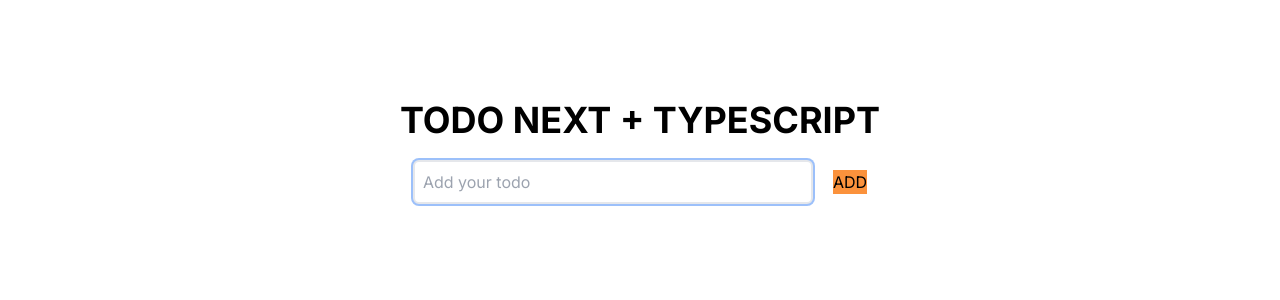
Repository: mehh000/next-ts-todo
Page: /
These files come from the project's save history. The page is drawn as it stood at one moment and after the next save; the edit follows.
The browser window is 1280 px wide. The pictures show the whole page.
The project was rebuilt for these pictures with package versions that can differ from the ones it lists, and the page was loaded fresh each time. The framework's server and built-in components were replaced by stand-ins that run in the browser. Also part of the build but not shown: next.config.mjs.

Above is the page before, as saved 2024-06-15 19:53:17.

### src/app/layout.tsx
import type { Metadata } from "next";
import { Inter } from "next/font/google";
import "./globals.css";
import { TodoProvider } from "./Context/store/add-todos";

const inter = Inter({ subsets: ["latin"] });

export const metadata: Metadata = {
  title: "Create Next App",
  description: "Generated by create next app",
};

export default function RootLayout({
  children,
}: Readonly<{
  children: React.ReactNode;
}>) {
  return (
    <html lang="en">
      <body className={inter.className}>
        <TodoProvider>{children}</TodoProvider>
      </body>
    </html>
  );
}

### src/app/page.tsx
import TODOS from "@/components/TODOS";
import AddTODO from "@/components/add-todo";
import React from "react";

const Page = () => {
  return (
    <main className="flex items-center flex-col mt-[100px] gap-5 " >
      <h2 className=" font-bold text-4xl  ">TODO NEXT + TYPESCRIPT</h2>
      <AddTODO />
      <TODOS />
    </main>
  );
};

export default Page;

### src/app/Context/store/add-todos.tsx
'use client'


import { ReactNode, createContext, useContext, useState } from "react";

export type Todo = {
  id: string;
  task: string;
  completed: boolean;
  createdAt: Date;
};

type TodosContextType = {
  todos: Todo[];
  handleAddTodo: (task: string) => void;
  toggleTodosCompleted: (id: string) => void;
  handleTodoClicke: (id: string) => void;
};

//i made the context now need tp make the Provider
export const todosContext = createContext<TodosContextType | undefined>(
  undefined
);

//this is the  provider

export const TodoProvider = ({children}: { children: ReactNode }) => {
  const [todos, setTodos] = useState<Todo[]>([]);

  const handleAddTodo = (task: string) => {
    const newTodo: Todo = {
      id: Math.random().toString(),
      task,
      completed: false,
      createdAt: new Date(),
    };
    setTodos((prevTodos) => [newTodo, ...prevTodos]);
  };


  const toggleTodosCompleted = (id: string) => {
    setTodos((prevTodos) =>
      prevTodos.map((todo) =>
        todo.id === id ? { ...todo, completed: !todo.completed } : todo
      )
    );
  };

  const handleTodoClicke = (id: string) => {
    setTodos((prevTodos) => prevTodos.filter((todo) => todo.id !== id));
  };

  return (
    <todosContext.Provider value={{
      todos,
     handleAddTodo,
     toggleTodosCompleted,
     handleTodoClicke,
      }}>
      {children}
    </todosContext.Provider>
  );
};
export const useTodoContext = () => useContext(todosContext)

### src/components/TODOS.tsx
"use client";

import React from "react";
import { useTodoContext } from "@/app/Context/store/add-todos";

const TODOS = () => {
  const { todos,toggleTodosCompleted,handleTodoClicke } = useTodoContext();
  const fltertodo = todos;

  return (
    <ul className="">
      {fltertodo.map((todo) => {
        return (
          <li className="" key={todo.id}>
            <input
              type="checkbox"
              name=""
              id={`todo-${todo.id}`}
              checked={todo.completed}
              onChange={() => toggleTodosCompleted(todo.id)}
            />
            <label htmlFor={`todo-${todo.id}`}>{todo.task}</label>
            {todo.completed && (
              <button type="button" onClick={() => handleTodoClicke(todo.id)}>
                Delete
              </button>
            )}
          </li>
        );
      })}
    </ul>
  );
};

export default TODOS;

### src/components/add-todo.tsx
// components/AddTODO.tsx

'use client';

import React, { useState } from "react";
import { useTodoContext } from "@/app/Context/store/add-todos"; // Adjust the path according to your project structure

const AddTODO: React.FC = () => {
  const { handleAddTodo } = useTodoContext();

  const [todo, setTodo] = useState<string>("");

  const handleSubmit = (e: React.FormEvent<HTMLFormElement>) => {
    e.preventDefault();
    handleAddTodo(todo);
    setTodo("");
  };

  return (
    <form onSubmit={handleSubmit} className="flex items-center gap-5">
      <input
        type="text"
        placeholder="Add your todo"
        className=" border-2 text-1xl p-2 ring-2 rounded-md w-[400px]  "
        value={todo}
        onChange={(event) => setTodo(event.target.value)}
      />
      <button type="submit" className=" bg-orange-400 ">
        ADD
      </button>
    </form>
  );
};

export default AddTODO;

Loaded but not shown: src/app/globals.css (common file); tailwind.config.ts (common file)

After the next save:
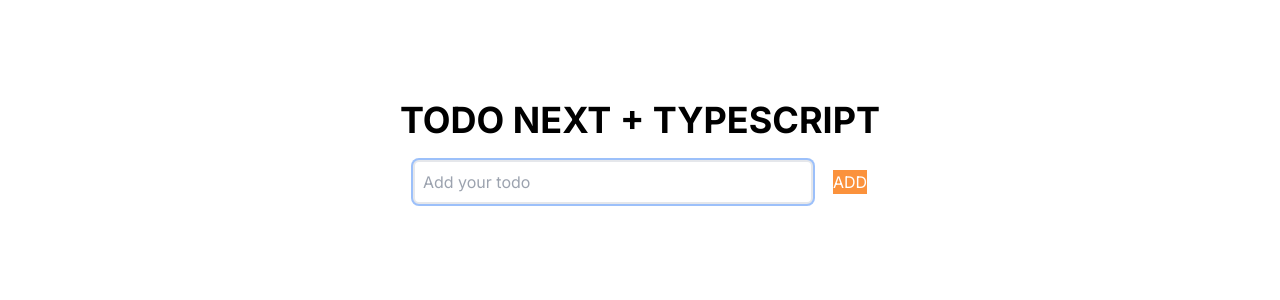
Saved 9 s later.
--- a/src/components/add-todo.tsx
+++ b/src/components/add-todo.tsx
@@ -25,7 +25,7 @@ const AddTODO: React.FC = () => {
         value={todo}
         onChange={(event) => setTodo(event.target.value)}
       />
-      <button type="submit" className=" bg-orange-400 ">
+      <button type="submit" className=" bg-orange-400 text-white ">
         ADD
       </button>
     </form>
